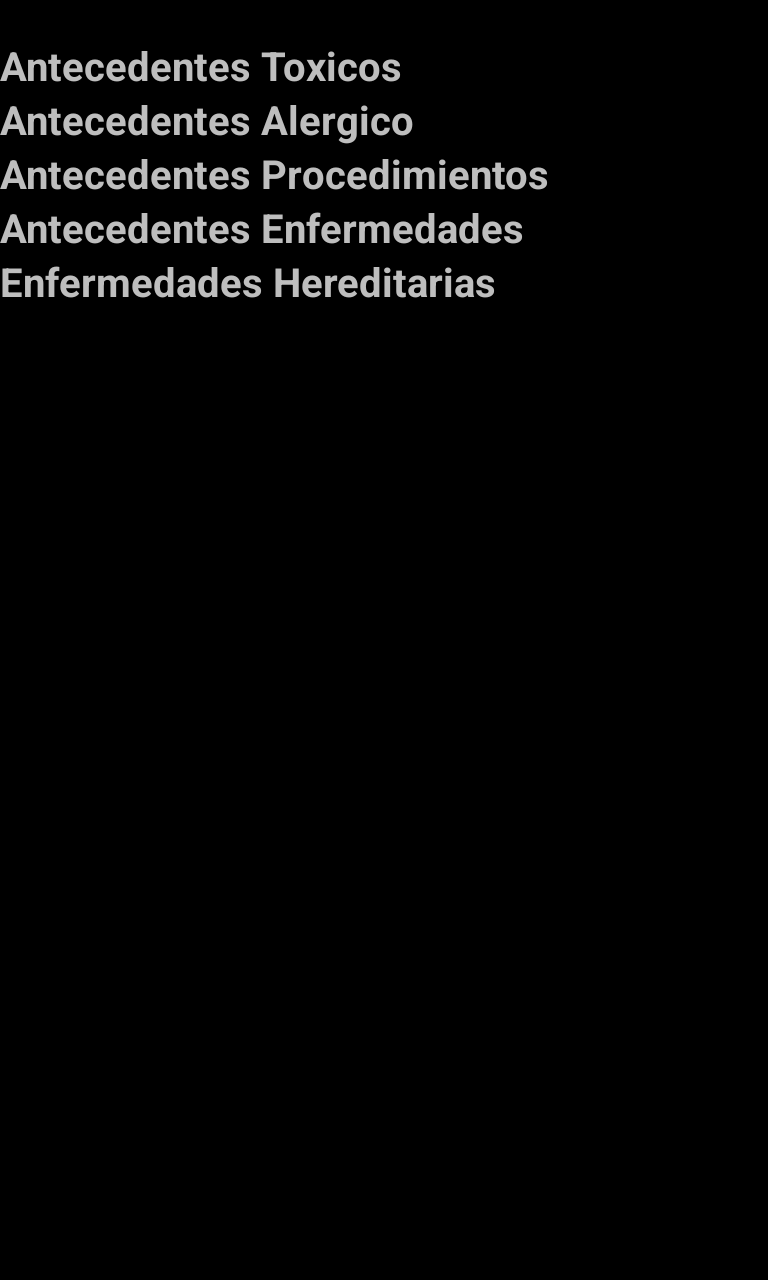
Repository: kakusio/AndoidMedics
Layout: NearshoreNexus/res/layout/historial_medico.xml
These files come from the project's save history. The layout is drawn as it stood at one moment and after the next save; the edit follows.
It is drawn on a 768 x 1280 px phone screen (xhdpi) without system bars, with theme android:Theme; the app's code is not run. Lists and similar views that code fills are empty.

Above is the layout before, as saved 2013-04-09 02:20:43.

### NearshoreNexus/res/layout/historial_medico.xml
<?xml version="1.0" encoding="UTF-8"?>
<LinearLayout xmlns:android="http://schemas.android.com/apk/res/android"
    android:layout_width="fill_parent"
    android:layout_height="fill_parent"
    android:orientation="vertical" >

    <TextView
        android:id="@+id/nombreUsuario"
        android:layout_width="match_parent"
        android:layout_height="wrap_content" />

    <TextView
        android:id="@+id/toxicosText"
        android:layout_width="match_parent"
        android:layout_height="wrap_content"
        android:text="Antecedentes Toxicos"
        android:textSize="20sp"
        android:textStyle="bold" />

    <ListView
        android:id="@+id/toxicosListView"
        android:layout_width="match_parent"
        android:layout_height="wrap_content" >
    </ListView>

    <TextView
        android:id="@+id/alergiaText"
        android:layout_width="match_parent"
        android:layout_height="wrap_content"
        android:textSize="20sp"
        android:textStyle="bold"
        android:text="Antecedentes Alergico"/>

    <ListView
        android:id="@+id/alergicoListView"
        android:layout_width="match_parent"
        android:layout_height="wrap_content" >
    </ListView>

    <TextView
        android:id="@+id/procedimientosText"
        android:layout_width="match_parent"
        android:layout_height="wrap_content"
        android:textSize="20sp"
        android:textStyle="bold"
        android:text="Antecedentes Procedimientos"/>

    <ListView
        android:id="@+id/procedimientosListView"
        android:layout_width="match_parent"
        android:layout_height="wrap_content" >
    </ListView>

    <TextView
        android:id="@+id/enfermedadesText"
        android:layout_width="match_parent"
        android:layout_height="wrap_content"
        android:textSize="20sp"
        android:textStyle="bold"
        android:text="Antecedentes Enfermedades"/>

    <ListView
        android:id="@+id/enfermedadesListView"
        android:layout_width="match_parent"
        android:layout_height="wrap_content" >
    </ListView>

    <TextView
        android:id="@+id/hereditariasText"
        android:layout_width="match_parent"
        android:layout_height="wrap_content"
        android:textSize="20sp"
        android:textStyle="bold"
        android:text="Enfermedades Hereditarias"/>

    <ListView
        android:id="@+id/hereditariasListView"
        android:layout_width="match_parent"
        android:layout_height="wrap_content" >
    </ListView>

</LinearLayout>

After the next save:
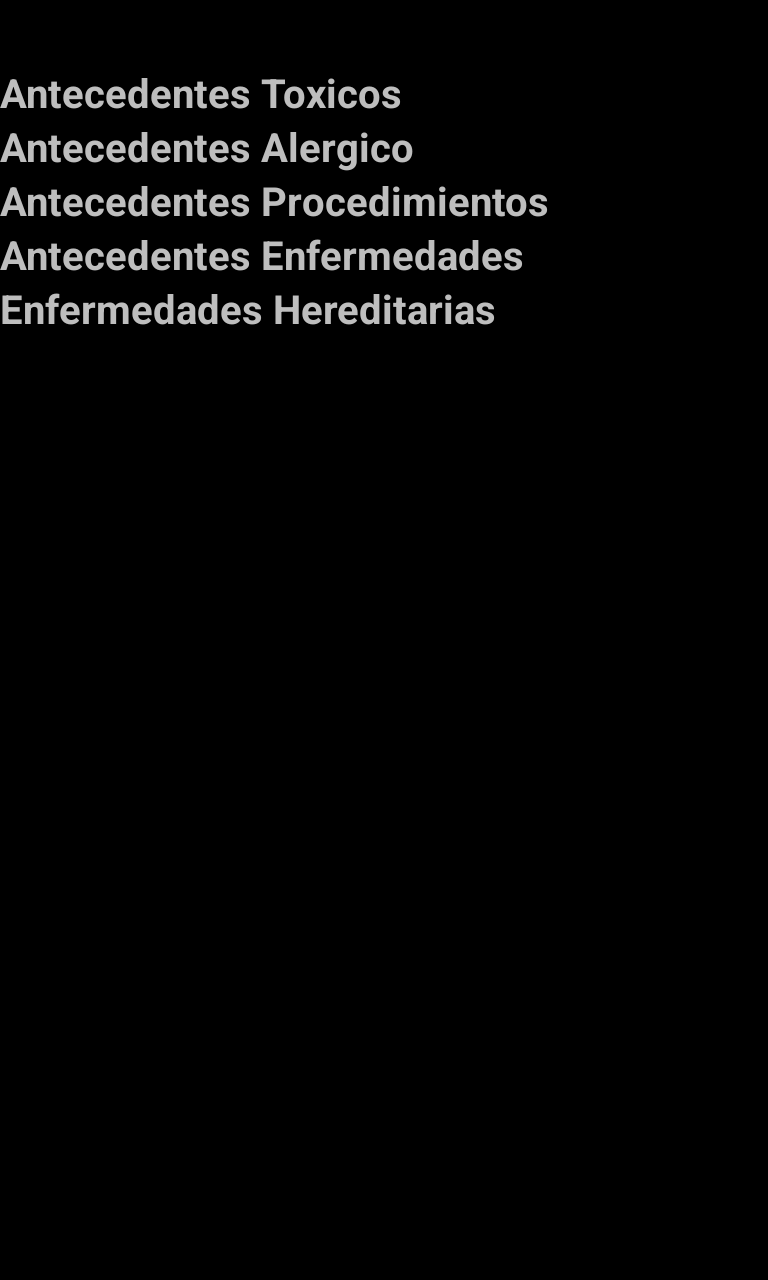
Saved 68 s later.
--- a/NearshoreNexus/res/layout/historial_medico.xml
+++ b/NearshoreNexus/res/layout/historial_medico.xml
@@ -7,7 +7,9 @@
     <TextView
         android:id="@+id/nombreUsuario"
         android:layout_width="match_parent"
-        android:layout_height="wrap_content" />
+        android:layout_height="wrap_content"
+        android:textSize="24sp"
+        android:textStyle="bold" />
 
     <TextView
         android:id="@+id/toxicosText"
